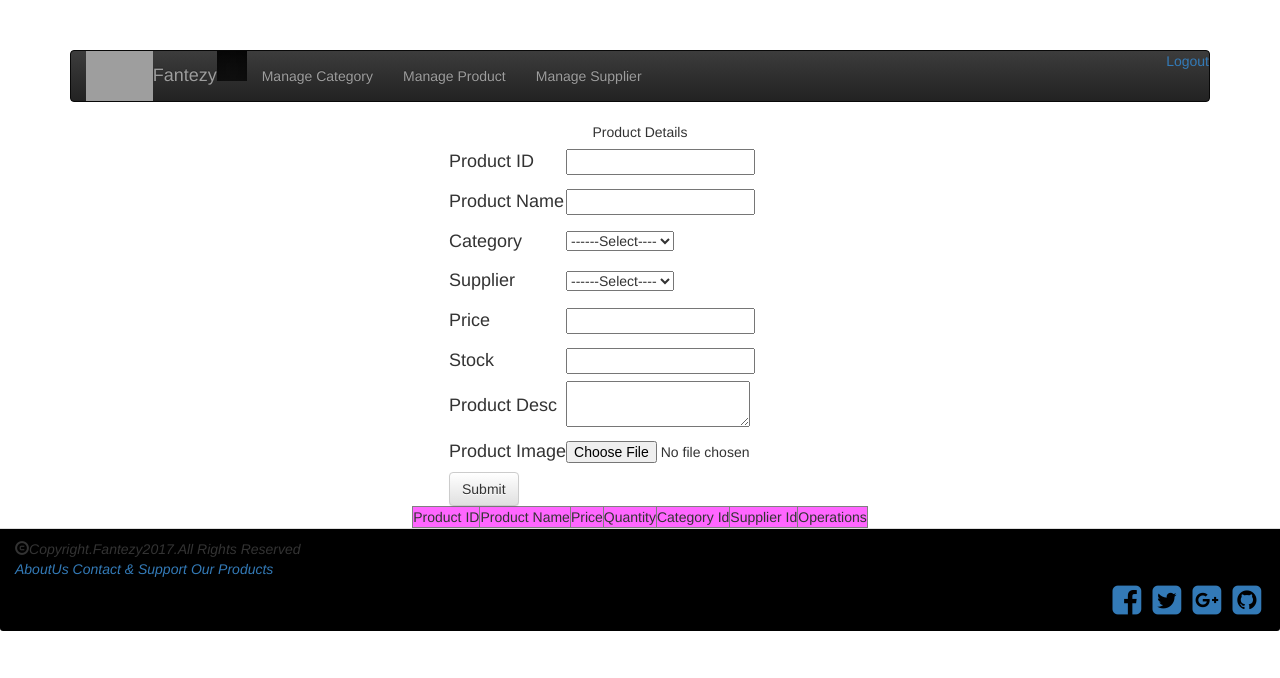
Repository: Safna93/eCommerce-project
Page: http://localhost/FantezyFrontendProject/WEB-INF/views/Product.jsp
These files come from the project's save history. The page is drawn as it stood at one moment and after the next save; the edit follows.
The browser window is 1280 px wide. The pictures show the whole page.
Pictures or frames that could not be fetched are drawn as grey boxes. Some web libraries are served in a nearby version. The page is served by Tomcat 9. Nobody is signed in. The template is opened directly, without the code that normally fills it, so the values that code supplies are empty.

Above is the page before, as saved 2017-07-11 09:52:14.

After the next save:
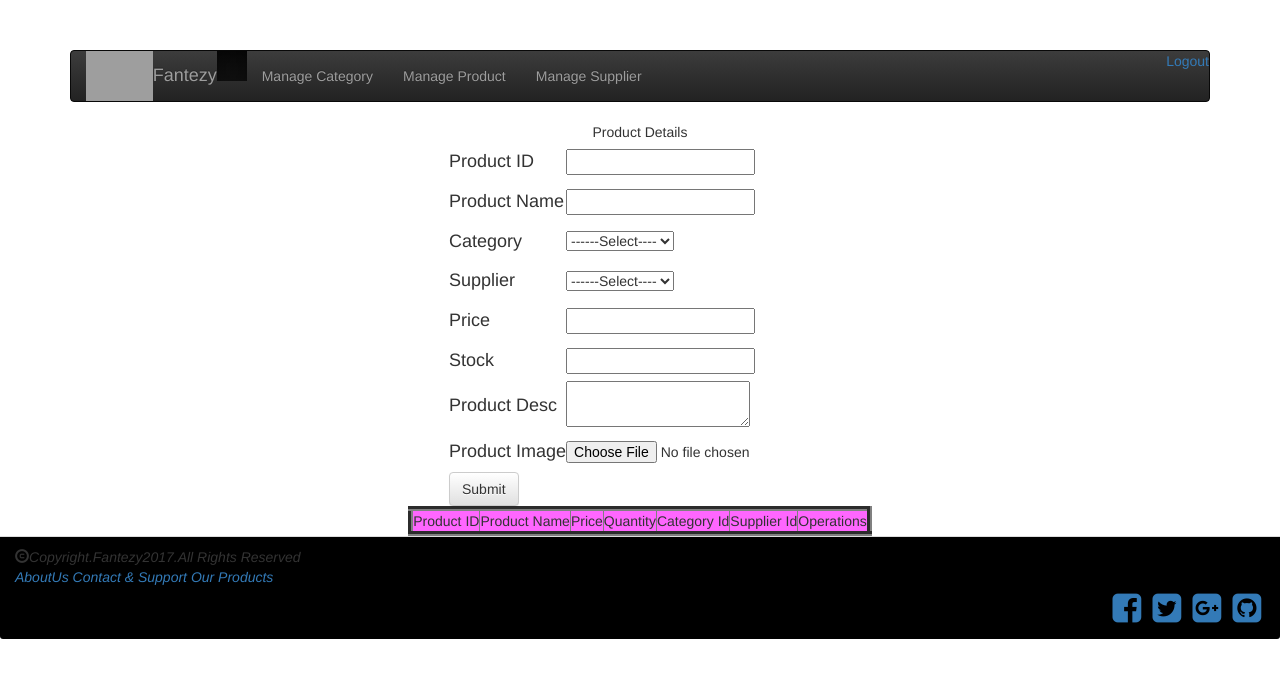
Saved 4 min 52 s later.
--- a/Fantezy Project/Fantezy/FantezyFrontendProject/src/main/webapp/WEB-INF/views/Product.jsp
+++ b/Fantezy Project/Fantezy/FantezyFrontendProject/src/main/webapp/WEB-INF/views/Product.jsp
@@ -60,7 +60,7 @@
 </form:form>
 
 <!-- Displaying the Product data using Table -->
-<table cellspacing="2" align="center" border="1">
+<table cellspacing="2" align="center" border="5">
 
 	<tr bgcolor="#ff66ff">
 		<td>Product ID</td>
